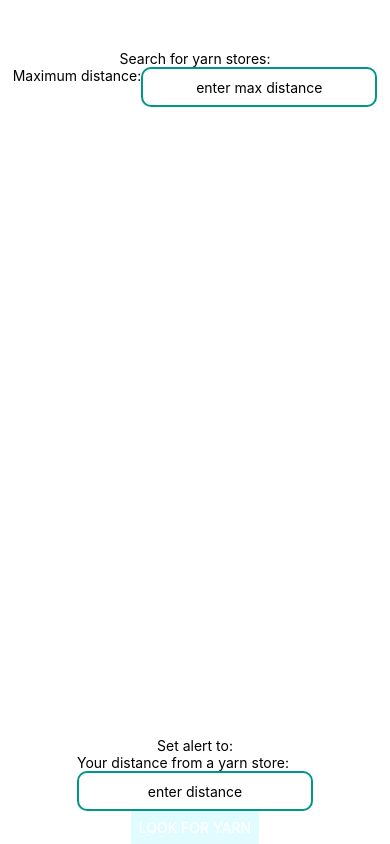
Repository: anuslorah/StashEnhancer
Screen: / (app in StashEnhancer1/)
These files come from the project's save history. The screen is drawn as it stood at one moment and after the next save; the edit follows.
The app was drawn by React Native's web renderer in a window 390 px wide. The project was rebuilt for these pictures with package versions that can differ from the ones it lists, and the page was loaded fresh each time.

Above is the screen before, as saved 2019-06-27 18:17:41.

### StashEnhancer1/App.js
import React from 'react';
import { StyleSheet, Text, TextInput, Button, View } from 'react-native';

export default function App() {
  return (
    <View style={styles.container}>
      <Text>Search for yarn stores:</Text>
      <View style={styles.row}>
        <Text>Maximum distance:</Text>
        <TextInput
            placeholder="enter max distance"
            underlineColorAndroid='transparent'
            style={styles.TextInputStyle}
            keyboardType={'numeric'}></TextInput>
      </View>
      <Text>Set alert to:</Text>
      <View>
        <Text>Your distance from a yarn store:</Text>
        <TextInput
            placeholder="enter distance"
            underlineColorAndroid='transparent'
            style={styles.TextInputStyle}
            keyboardType={'numeric'}></TextInput>
      </View>
      <Button
        // onPress={onPressLearnMore}
        title="look for yarn"
        color="#e1fcff"
        accessibilityLabel="search for yarn stores"
      />
    </View>
  );
}

const styles = StyleSheet.create({
  container: {
    flex: 1,
    backgroundColor: '#fff',
    alignItems: 'center',
    justifyContent: 'center',
    marginTop: 50
  },
  TextInputStyle: {
    textAlign: 'center',
    height: 40,
    borderRadius: 10,
    borderWidth: 2,
    borderColor: '#009688',
    padding: 7
  },
  row: {
    flex: 1,
    flexDirection: 'row',
    justifyContent: 'space-between',
    marginBottom: 5
  },
  box: {
    flex: 1,
    height: 100,
    backgroundColor: '#333',
  },
});

After the next save:
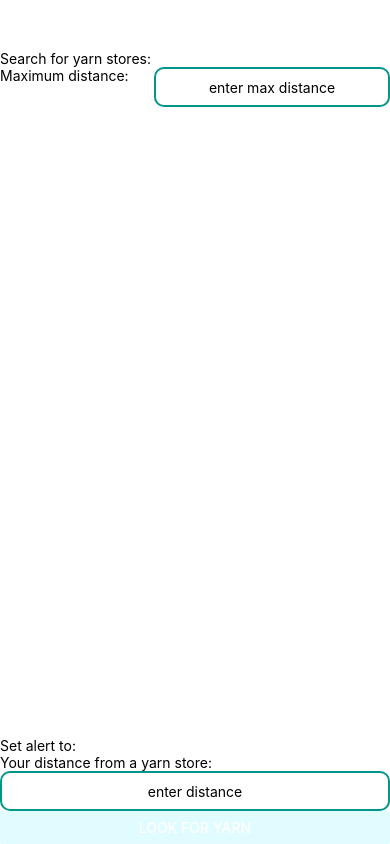
Saved 23 s later.
--- a/StashEnhancer1/App.js
+++ b/StashEnhancer1/App.js
@@ -36,8 +36,8 @@ const styles = StyleSheet.create({
   container: {
     flex: 1,
     backgroundColor: '#fff',
-    alignItems: 'center',
-    justifyContent: 'center',
+    // alignItems: 'center',
+    // justifyContent: 'center',
     marginTop: 50
   },
   TextInputStyle: {
